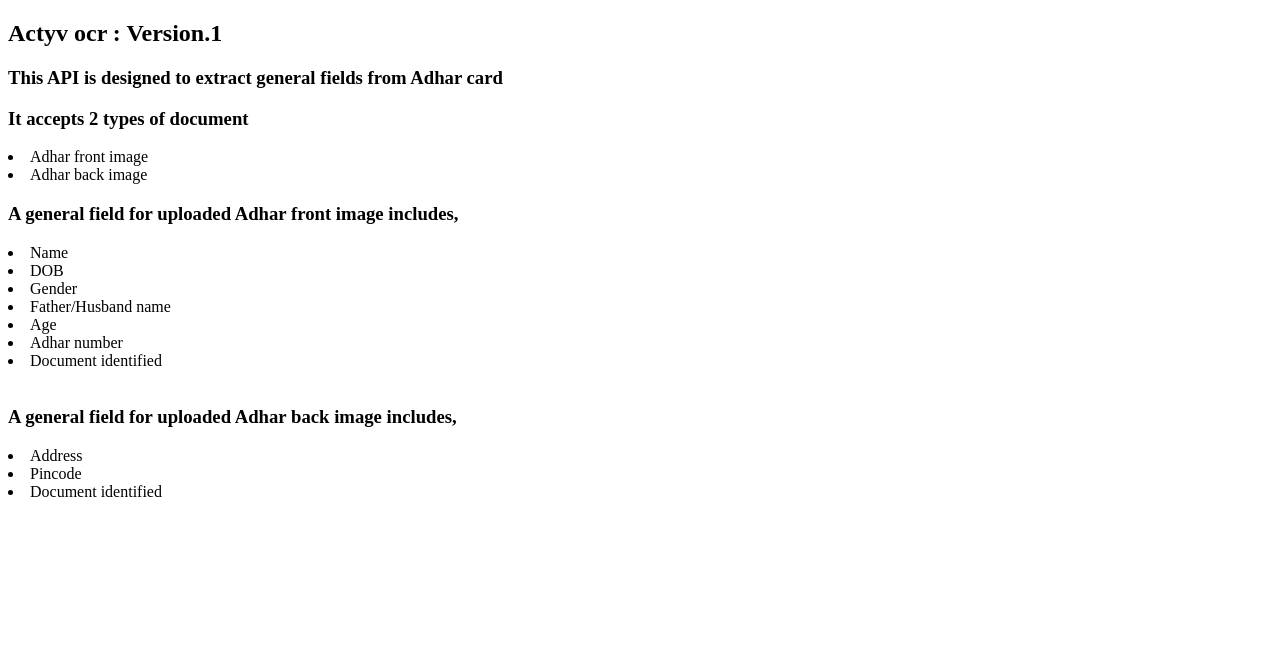
Repository: Sahana-M/OCR-for-Adhar
Page: template/home.html
These files come from the project's save history. The page is drawn as it stood at one moment and after the next save; the edit follows.
The browser window is 1280 px wide. The pictures show the whole page.

Above is the page before, as saved 2020-03-25 21:15:24.

### template/home.html
<!DOCTYPE html>
<html lang="en">
<head>
    <meta charset="UTF-8">
    <meta name="viewport" content="width=device-width, initial-scale=1.0">
    <meta http-equiv="X-UA-Compatible" content="ie=edge">
    <title>Actyv OCR</title>
</head>
<body>
        <h2>Actyv ocr : Version.1</h2>
        <h3>This API is designed to extract general fields from Adhar card</h3>
        <h3>It accepts 2 types of document</h3>
        <li>Adhar front image</li>
        <li>Adhar back image</li>
        <h3>A general field for uploaded Adhar front image includes, </h3>
        <li>Name</li>
        <li>DOB</li>
        <li>Gender</li>
        <li>Father/Husband name</li>
        <li>Age</li>
        <li>Adhar number</li>
        <li>Document identified</li>
        <br>
        <h3>A general field for uploaded Adhar back image includes, </h3>
        <li>Address</li>
        <li>Pincode</li>
        <li>Document identified</li>
    </body>
</html>

After the next save:
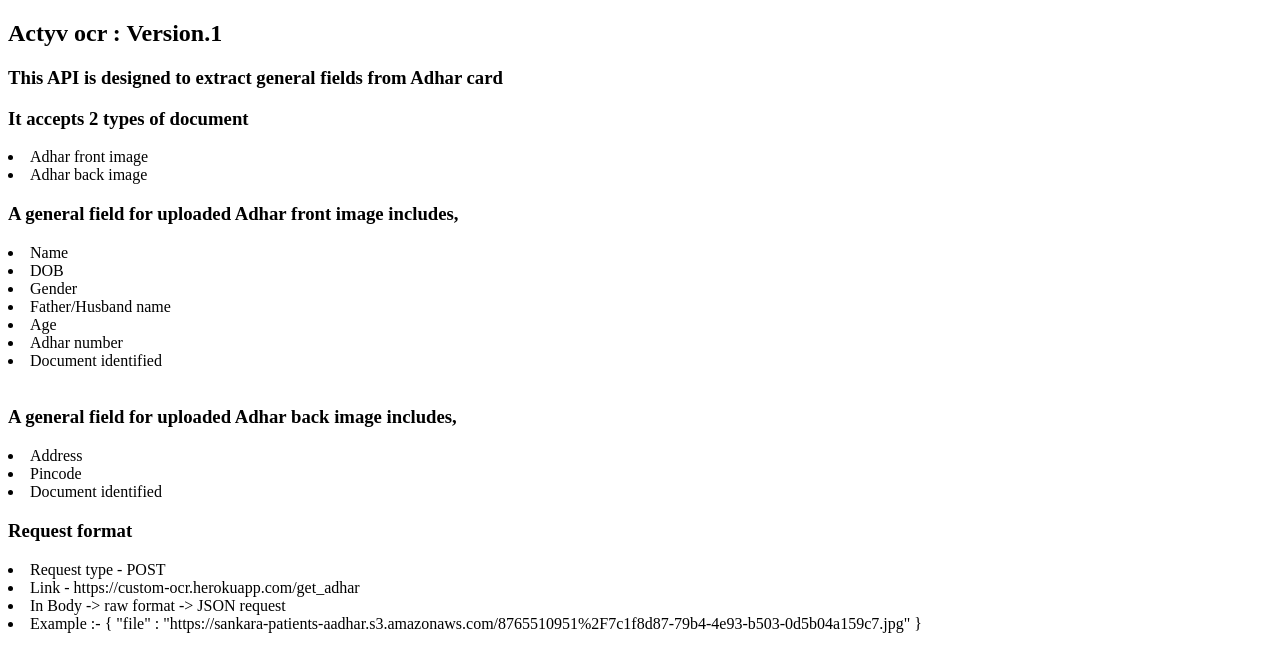
Saved 2 min 6 s later.
--- a/template/home.html
+++ b/template/home.html
@@ -25,5 +25,12 @@
         <li>Address</li>
         <li>Pincode</li>
         <li>Document identified</li>
+        <h3>Request format</h3>
+        <li>Request type - POST</li>
+        <li>Link - https://custom-ocr.herokuapp.com/get_adhar</li>
+        <li>In Body -> raw format -> JSON request</li>
+        <li>Example :- {
+            "file" : "https://sankara-patients-aadhar.s3.amazonaws.com/8765510951%2F7c1f8d87-79b4-4e93-b503-0d5b04a159c7.jpg"
+            }</li>
     </body>
 </html>
